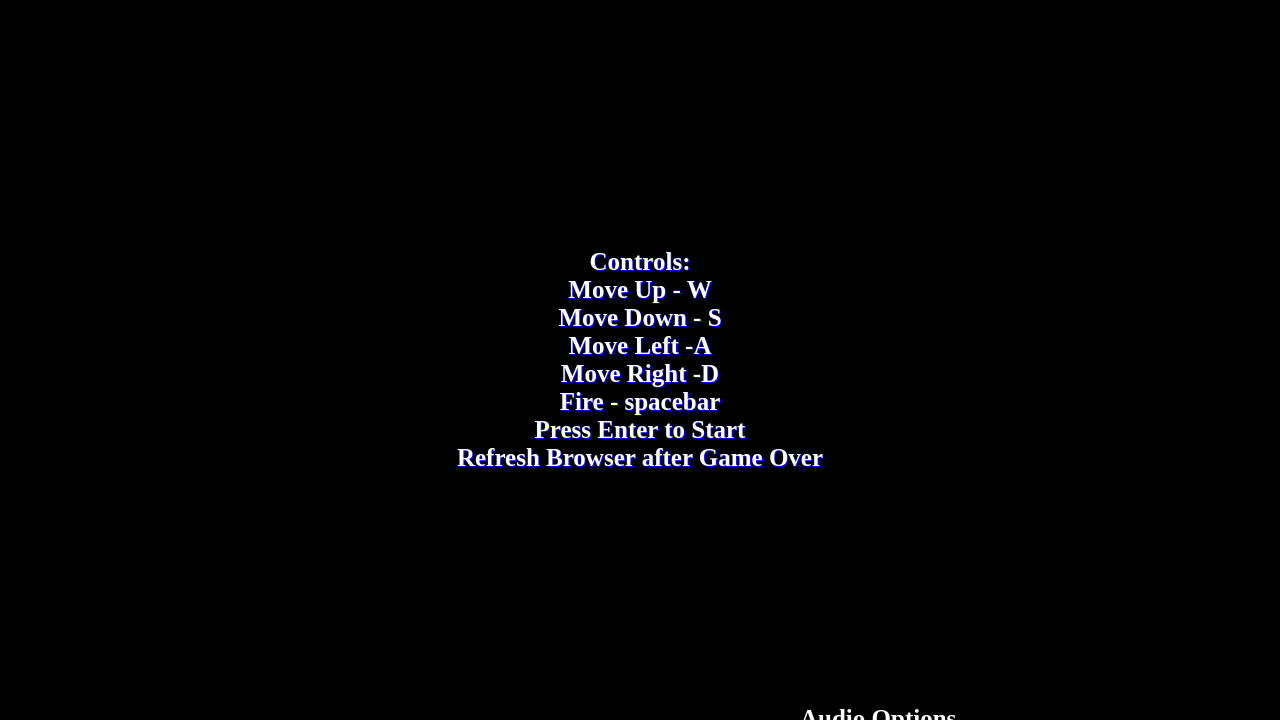
Repository: SammyGutierrez335/GalacticBreach
Page: index.html
These files come from the project's save history. The page is drawn as it stood at one moment and after the next save; the edit follows.
The browser window is 1280 px wide. The pictures show the whole page.

Above is the page before, as saved 2020-04-15 23:12:32.
Console error: TypeError: Cannot read properties of null (reading 'addEventListener')

### index.html
<html>
  <head>
    <meta charset="utf-8">
    <title>GALACTIC BREACH</title>
    <meta prefix="og: http://ogp.me/ns#" name="title" property='og:title'
      content="Galactic Attack" />
    <meta prefix="og: http://ogp.me/ns#" name="description"
      content="Fight off a fleet of enemy ships, can you survive?" />
    <meta prefix="og: http://ogp.me/ns#" property='og:description'
      content="Fight off a fleet of enemies, can you survive?" />
    <meta prefix="og: http://ogp.me/ns#" property='og:url'
      content="https://sammygutierrez335.github.io/GalacticBreach/" />
    <meta prefix="og: http://ogp.me/ns#" name="image" property='og:image'
      content="https://photos.google.com/photo/AF1QipOBm13ja8uh9DHqOrr0tgQlxpMD8etCQgijCftV" />
    <meta name="viewport" content="width=device-width">
    <style>
      .sfx-mute{
        content: url("assets/menu/sfx-toggle-mute.png");
      }
    </style>
    <link rel="stylesheet" href="./css/app.css">
  </head>
  <body>
    <div id="instructions"> Controls:
      <div> Move Up - <span class="key">W</span></div>
      <div> Move Down - <span class="key">S</span></div>
      <div> Move Left -<span class="key">A</span></div>
      <div> Move Right -<span class="key">D</span></div>
      <div>Fire -  <span class="key">spacebar</span></div>
      <div>
        Press Enter to Start
      </div>
      <div>
        Refresh Browser after Game Over
      </div>
    </div>
    <script type="text/javascript" src="dist/main.js"></script>
    <div class="audio-options">
      <p>Audio Options</p>
      <button id="music-toggle-button">
        <img class="toggle" src="assets/menu/music-toggle.png" />
      </button>
      <button id="sfx-toggle-button">
        <img class="toggle" src="assets/menu/sfx-toggle.png" />
      </button>
    </div>
  </body>
</html>

### css/app.css
body {
  background: black;
  display: flex;
  justify-content: center;
  align-items: center;
}

canvas {
  max-height: 480px;
  max-width: 960px;
  background: black;
}

.wrapper {
  color: black;
}

#instructions {
  background: black;
  min-height: 480;
  min-width: 250;
  max-width: 400;
  max-height: 480;
  font-family: fantasy;
  color: white;
  font-size: 25;
  font-weight: 800;
  display: flex;
  flex-direction: column;
  justify-content: center;
  align-items: center;
  text-shadow: 1px 1px 0px blue;
  -webkit-font-smoothing: antialiased;
  -moz-osx-font-smoothing: grayscale;
  text-rendering: optimizeLegibility;
}

.scoreboard-canvas {
  background-image: url("https://mcdn.wallpapersafari.com/medium/97/59/pdCfQ6.jpg");
  max-height: 420;
  min-width: 550;
  font-family: fantasy;
  object-fit: cover;
  color: white;
  font-size: 25;
  font-weight: 800;
  display: flex;
  flex-direction: column;
  align-items: flex-start;
  justify-content: flex-end;
}
.audio-options{
  position: absolute;
  left: 800px;
  top: 680px;
  font-family: fantasy;
}
.audio-options p {
  color: white;
  font-size: 25;
  font-weight: 800;
}
button{
  background:none;
}

.toggle {
  width: 50px;
  height: 50px;
}

Loaded but not shown: dist/main.js (161 lines, source omitted)

After the next save:
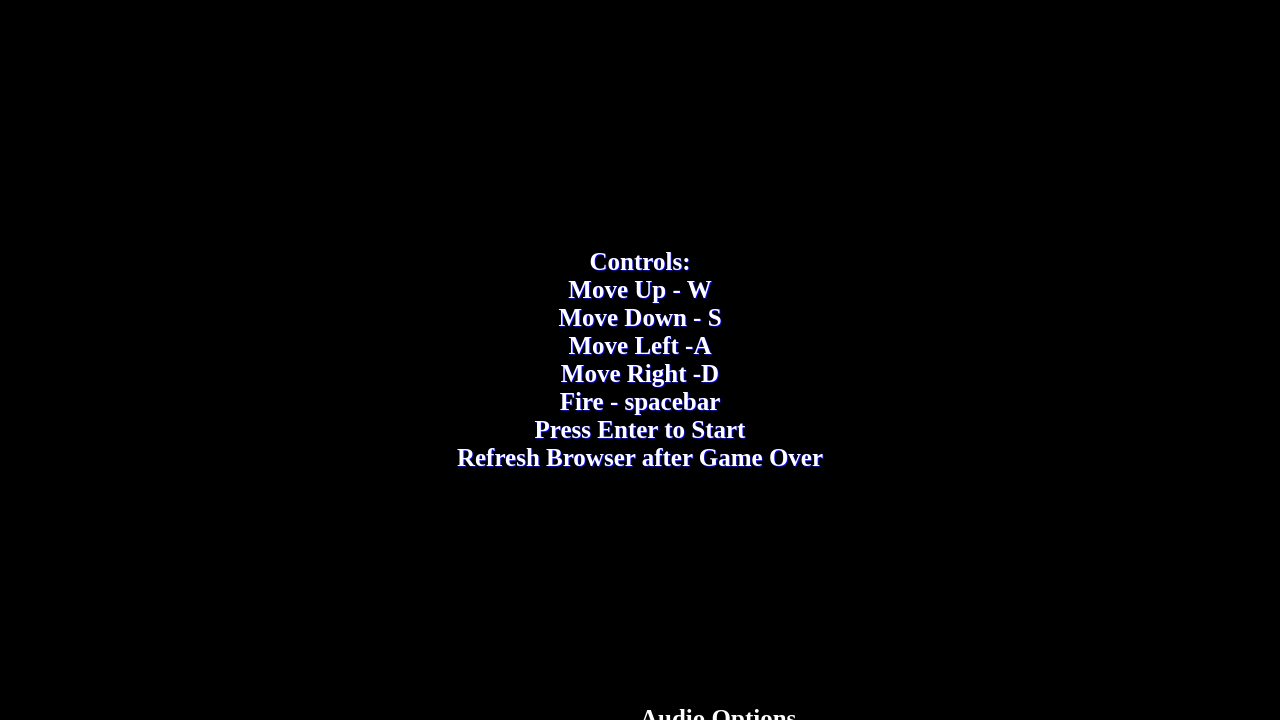
Saved 6 s later.
--- a/css/app.css
+++ b/css/app.css
@@ -51,7 +51,7 @@ canvas {
 }
 .audio-options{
   position: absolute;
-  left: 800px;
+  left: 50%;
   top: 680px;
   font-family: fantasy;
 }
